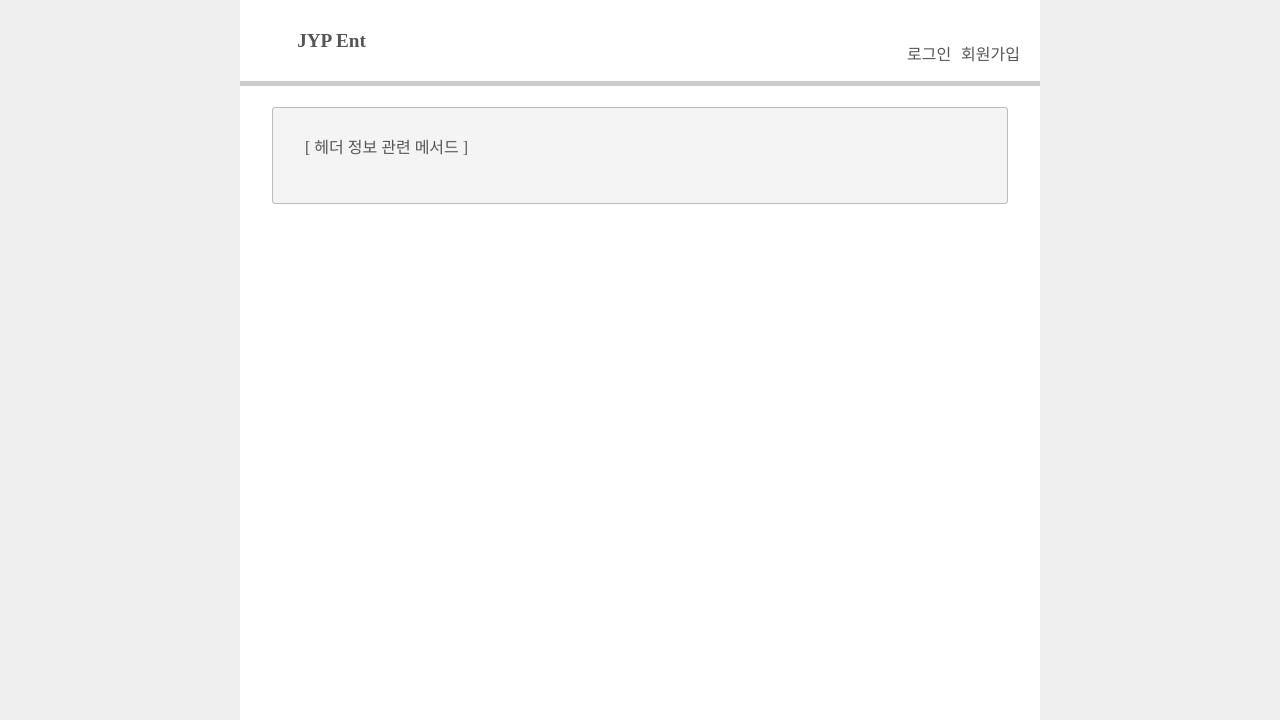
Repository: junyong231/JSP-SSIT
Page: http://localhost/jspPro/days03/ex06.jsp
The author's editor kept a copy of each file at every save. The page is drawn from the files as they stood at one save, then again after the next save.
The browser window is 1280 px wide. The pictures show the whole page.
Some web fonts or font styles are not loaded; a fallback is used. The page is served by Tomcat 9. Other server files are loaded and not shown.

Above is the page before, as saved 2024-10-17 06:07:30.

### jspPro/src/main/webapp/days03/ex06.jsp
<%@ page contentType="text/html; charset=UTF-8" pageEncoding="UTF-8"%>
<!DOCTYPE html>
<html>
<head>
<meta charset="UTF-8">
<title>Insert title here</title>
<link rel="shortcut icon" type="image/x-icon" href="http://localhost/jspPro/images/SiSt.ico">
<script src="https://ajax.googleapis.com/ajax/libs/jquery/3.7.1/jquery.min.js"></script>
<meta name="viewport" content="width=device-width, initial-scale=1.0">
<meta name="google" content="notranslate">
<link rel="stylesheet" href="http://localhost/jspPro/resources/cdn-main/example.css">
<script src="http://localhost/jspPro/resources/cdn-main/example.js"></script>
<style>
 span.material-symbols-outlined{
    vertical-align: text-bottom;
 }
</style>
</head>
<body>
<header>
  <h1 class="main"><a href="#" style="position: absolute;top:30px;">JYP Ent</a></h1>
  <ul>
    <li><a href="#">로그인</a></li>
    <li><a href="#">회원가입</a></li>
  </ul>
</header>
<div>
  <xmp class="code">
    [ 헤더 정보 관련 메서드 ]

  </xmp>
</div>
</body>
</html>

### jspPro/src/main/webapp/resources/cdn-main/example.css
@charset "UTF-8";

@import url('https://fonts.googleapis.com/css2?family=Material+Symbols+Outlined:opsz,wght,FILL,GRAD@20..48,100..700,0..1,-50..200');

@font-face {
    font-family: 'GmarketSansMedium';
    src: url('https://cdn.jsdelivr.net/gh/projectnoonnu/noonfonts_2001@1.1/GmarketSansMedium.woff') format('woff');
    font-weight: normal;
    font-style: normal;
}

:root {
	--text-color: #555;
	--sub-text-color: #777;
	--back-color: #EFEFEF;
	--header-color: #444;
	--primary-color: #DEDEDE;
	--secondary-color: #EFEFEF;
	--default-width: 800px;
	--narrow-width: 500px;
	--wide-width: 1200px;
	--text-font: 'GmarketSansMedium';
	--icon-font: 'Material Symbols Outlined';
	--border-color: #CCC;
}

html, body {
	margin: 0;
	padding: 0;
}

html {
	background-color: var(--back-color);
	display: flex;
	justify-content: center;
	min-height: 100vh;
}

body, body.default {
	width: var(--default-width);
	background-color: white;
	padding-bottom: 120px;
}

body.wide {
	width: var(--wide-width);
}

body.narrow {
	width: var(--narrow-width);
}



body, p, div, span, a, input, select, option, textarea, button, table, th, td, label, fieldset, legend {
	font-family: var(--text-font);
	color: var(--text-color);
}

h1, h2, h3 {
	font-family: var(--text-font);
	color: var(--header-color);
	padding: 0 1rem;
	padding-top: .5rem;
}

div > h1, div > h2, div > h3 {
	padding: 0;
}

body > div, body > main > div {
	padding: 0.3rem 1rem;
}


h1 { font-size: 2rem; border-bottom: 1px solid var(--border-color); }
h1 small { font-size: 1.2rem; color: var(--sub-text-color); }
h2 { font-size: 1.5rem; border-bottom: 1px dashed var(--border-color); }
h2 small { font-size: 1.1rem; color: --sub-text-color; }
h3 { font-size: 1.2rem; }
h3 small { font-size: 1rem; color: --sub-text-color; }



h1.main::before {
	font-family: var(--icon-font);
  	content: '\e666';
  	margin-right: 10px;
  	float: left;
	font-size: 2.5rem;
}

h1.sub::before {
	font-family: var(--icon-font);
  	content: '\ea19';
  	margin-right: 10px;
  	float: left;
	font-size: 2.5rem;
}


h1.page::before {
	font-family: var(--icon-font);
  	content: '\e0e0';
  	margin-right: 10px;
  	float: left;
	font-size: 2.5rem;
}

body > header > ul > li > .active{
	background-color: #FFF;
	color:#F00;
}

body > header {
	display: flex;
	justify-content: space-between;
	border-bottom: 5px solid var(--border-color);
	min-height: 74px;
	background-color: #FFF;
}

body > header.sticky {
	position: sticky;
	top: 0;
	z-index: 98;
}

body > header > h1 {
	font-size: 1.2rem;
	border: 0;
}

body > header.in > h1::before {
	font-family: var(--icon-font);
  	content: '\e332‥';
  	margin-right: 3px;
  	float: left;
	font-size: 2rem;
}


body > header > ul {
	list-style-type: none;
	display: flex;
	align-items: flex-end;
	margin-right: 10px;
}

body > header > ul > li {
	margin-right: 10px;
	cursor: pointer;
}

body > header > ul > li > a {
	cursor: pointer;
}


form {
	display: block;
}

form > div {
	padding: 0.3rem 1rem;
}

div > form > div {
	padding: 0.3rem 0;
}

input, textarea, button, select {
	border: 1px solid #BBB;
	border-radius: 3px;
	outline: none;
	resize: none;
	padding: 7px;
	margin: 0;
}

input[type=text]:read-only, textarea:read-only {
	cursor: not-allowed;
	background-color: #FFF;
}

input[type=text]:disabled, textarea:disabled {
	cursor: not-allowed;
	background-color: #EEE;
}

input[type=text], input[type=password], textarea, button, select {
	/* width: 300px; */
}

textarea {
	display: block;
	height: 100px;
}

input[type=button], input[type=submit], button {
	/* width: inherit; */
}

input.short, textarea.short, button.short, select.short {
	width: 100px;
}

input.long, textarea.long, button.long, select.long {
	width: 350px;
}

.narrow input.long, .narrow textarea.long, .narrow button.long, .narrow select.long {
	width: calc(100% - 20px);
}

input.full, textarea.full, button.full, select.full {
	width: calc(100% - 20px);
}

textarea.short {
	height: 50px;
}

textarea.long {
	height: 100px;
}

textarea.full {
	height: 200px;
}

input, textarea {
	padding-top: 8px;
}

input[type=button], input[type=submit], button {
	padding: 5px 10px;
	background-color: var(--secondary-color);
	cursor: pointer;
	min-height: 36px;
}

input[type=button].primary, input[type=submit].primary, button.primary {
	/* background-color: rgba(100, 149, 237, .2); */
	background-color: var(--primary-color);
}

input[type=button].primary:hover, input[type=submit].primary:hover, button.primary:hover {
	/* background-color: rgba(100, 149, 237, .3); */
	background-color: var(--secondary-color);
}

input[type=button]:hover, input[type=submit]:hover, button:hover {
	background-color: var(--primary-color);
}

button {
	position: relative;
	left: 0;
	top: 0;
	padding-left: 35px;
}

button .material-symbols-outlined {
	position: absolute;
	left: 10px;
	top: 4px;
}

/* k2nik add */
button.login::before {
	font-family: var(--icon-font);
  	content: '\ea77';
	position: absolute;
	left: 11px;
	top: 4px;
	font-size: 1.25rem;
}

/* k2nik logout */
button.logout::before {
	font-family: var(--icon-font);
  	content: '\e9ba';
	position: absolute;
	left: 11px;
	top: 4px;
	font-size: 1.25rem;
}

/* k2nik help */
button.help::before {
	font-family: var(--icon-font);
  	content: '\f1c0';
	position: absolute;
	left: 11px;
	top: 4px;
	font-size: 1.25rem;
}

button.add::before{
	font-family: var(--icon-font);
  	content: '\e746';
	position: absolute;
	left: 11px;
	top: 4px;
	font-size: 1.25rem;
}

button.back::before {
	font-family: var(--icon-font);
  	content: '\e166';
	position: absolute;
	left: 11px;
	top: 4px;
	font-size: 1.25rem;
}

button.list::before {
	font-family: var(--icon-font);
  	content: '\e0ee';
	position: absolute;
	left: 11px;
	top: 4px;
	font-size: 1.25rem;
}


button.del::before {
	font-family: var(--icon-font);
  	content: '\e872';
	position: absolute;
	left: 11px;
	top: 4px;
	font-size: 1.25rem;
}


button.edit::before {
	font-family: var(--icon-font);
  	content: '\e745';
	position: absolute;
	left: 11px;
	top: 4px;
	font-size: 1.25rem;
}


button.login::before {
	font-family: var(--icon-font);
  	content: '\ea77';
	position: absolute;
	left: 11px;
	top: 4px;
	font-size: 1.25rem;
}


button.logout::before {
	font-family: var(--icon-font);
  	content: '\e9ba';
	position: absolute;
	left: 11px;
	top: 4px;
	font-size: 1.25rem;
}


button.in::before {
	font-family: var(--icon-font);
  	content: '\f71a';
	position: absolute;
	left: 11px;
	top: 4px;
	font-size: 1.25rem;
}


button.out::before {
	font-family: var(--icon-font);
  	content: '\f70e';
	position: absolute;
	left: 11px;
	top: 4px;
	font-size: 1.25rem;
}


button.reply::before {
	font-family: var(--icon-font);
  	content: '\e15e';
	position: absolute;
	left: 11px;
	top: 4px;
	font-size: 1.25rem;
}


button.comment::before {
	font-family: var(--icon-font);
  	content: '\e0b9';
	position: absolute;
	left: 11px;
	top: 4px;
	font-size: 1.25rem;
}


button.modal::before {
	font-family: var(--icon-font);
  	content: '\e89e';
	position: absolute;
	left: 11px;
	top: 4px;
	font-size: 1.25rem;
}


button.ok::before {
	font-family: var(--icon-font);
  	content: '\e86c';
	position: absolute;
	left: 11px;
	top: 4px;
	font-size: 1.25rem;
}


button.cancel::before {
	font-family: var(--icon-font);
  	content: '\e5c9';
	position: absolute;
	left: 11px;
	top: 4px;
	font-size: 1.25rem;
}

button.search::before {
	font-family: var(--icon-font);
  	content: '\e8b6';
	position: absolute;
	left: 11px;
	top: 4px;
	font-size: 1.25rem;
}

button.home::before {
	font-family: var(--icon-font);
  	content: '\e88a';
	position: absolute;
	left: 11px;
	top: 4px;
	font-size: 1.25rem;
}


button.sidebar::before {
	font-family: var(--icon-font);
  	content: '\f7e4';
	position: absolute;
	left: 11px;
	top: 4px;
	font-size: 1.25rem;
}


button.sidebar-right::before {
	font-family: var(--icon-font);
  	content: '\f7e5';
	position: absolute;
	left: 11px;
	top: 4px;
	font-size: 1.25rem;
}




button::before {
	font-family: var(--icon-font);
  	content: '\e323';
	position: absolute;
	left: 11px;
	top: 4px;
	font-size: 1.25rem;
}


table {
	border-collapse: collapse;
	margin: 1rem;
	box-sizing: border-box;
	width: calc(100% - 32px);
}

table.content {
	width: auto;
}

div > table {
	margin: 0;
}

table th, table td {
	border: 1px solid var(--border-color);
	padding: 7px;
	font-weight: normal;
}

table th {
	background-color: var(--back-color);
}

table.vertical th {
	width: 150px;
}

table.vertical td {
	width: calc(100% - 182px);
	padding-left: 10px;
}

table.content td, table.content th {
	width: auto;
}

body.narrow table.vertical th {
	width: 100px;
}

body.narrow table.vertical td {
	width: calc(100% - 182px);
}


table + table {
	margin-top: 30px;
}


p {
	padding: 0 1rem;
}

a {
	text-decoration: none;
}

a:hover {
	color: rgba(255, 99, 71, .7);
}

hr {
	border: 0;
	border-top: 1px solid var(--border-color);
	margin: 2rem 0;
}

.message {
	border: 1px solid var(--border-color);
	background-color: #EFEFEF;
	margin: 1rem;
	width: auto;
	padding-top: 10px;
	padding-bottom: 10px;
	font-size: 14px;
}

.message[title]::before {
	content: attr(title);
	display: block;
	border-bottom: 1px solid var(--border-color);
	padding-bottom: 5px;
	margin-bottom: 10px;
	margin-top: 7px;
}

.message.short {
	max-width: 250px;
}

.message.long {
	max-width: 500px;
}

.badge {
	float: right;
	font-size: .8rem;
	margin-top: 2px;
	margin-right: 2px;
	text-shadow: 0 0 7px gray;
}

.badge.left {
	float: none;
	margin-left: 2px;
}

.badge.right {
	float: right;
}

.badge.red {
	border-radius: 50%;
	padding: 2px 5px;
	background-color: rgb(255, 99, 71, .3);
}

.badge.yellow {

	border-radius: 50%;
	padding: 2px 5px;
	background-color: rgb(255, 215, 0, .5);
}

.badge.blue {
	border-radius: 50%;
	padding: 2px 5px;
	background-color: rgb(100, 149, 237, .3);
}

label + label {
	margin-left: 7px;
}

label input[type=checkbox], label input[type=radio] {
	transform: translate(0, 1px);
}

.group {
	display: flex;
}

.modal-content .group {
	margin-bottom: .5rem;
}

.group label {
	border: 1px solid #BBB;
	border-radius: 3px;
	outline: none;
	resize: none;
	padding: 7px 14px;
	margin: 0;
	border-top-right-radius: 0;
	border-bottom-right-radius: 0;
	background-color: #EFEFEF;
	white-space: nowrap;
	font-size: 14px;
}

.group input[type=text] {
	margin-left: -1px;
	border-top-left-radius: 0;
	border-bottom-left-radius: 0;
}

.group select {
	margin-left: -1px;
	border-top-left-radius: 0;
	border-bottom-left-radius: 0;
}

.group input.full[type=text] {
	margin-left: -1px;
	border-top-left-radius: 0;
	border-bottom-left-radius: 0;
	width: 100%;
}

.group input[type=button]:first-child, .group button:first-child {
	border-top-left-radius: 3px;
	border-bottom-left-radius: 3px;
	margin-left: 0px;
}

.group input[type=button], .group button {
	border-radius: 0;
	margin-left: -1px;
}

.group input[type=button]:last-child, .group button:last-child {
	margin-left: -1px;
	border-top-right-radius: 3px;
	border-bottom-right-radius: 3px;
}

.seperate {
	display: flex;
	justify-content: space-between;
}

div.list {
	width: max-content;
	margin: 1rem;
	border: 1px solid #BBB;
	border-radius: 3px;
	padding: 0;
}

div.list.full {
	width: auto;
	display: block;
	margin: 1rem;
	border: 1px solid #BBB;
	border-radius: 3px;
	padding: 0;
}

div.list > div {
	padding: .5rem 1rem;
	margin: 0;
	border-bottom: 1px solid #BBB;
}

div.list > div:last-child {
	border-bottom: 0;
}

pre.code , xmp.code{
	font-family: consols;
	background-color: rgba(150, 150, 150, .1);
	border: 1px solid #BBB;
	border-radius: 3px;
	padding: .5rem 1rem;
	padding-bottom: .6rem;
	margin: 1rem;
}




*[data-modal-window] {
	position: fixed;
	background-color: rgba(0, 0, 0, .3);
	left: 0;
	top: 0;
	display: none;
	justify-content: center;
	align-items: flex-start;
	width: 100%;
	min-height: 100vh;
	z-index: 100;
	opacity: 0;
	transition: 500ms all;
}

*[data-modal-window] .modal-container {
	border-radius: 5px;
	padding: 1rem;
	padding-bottom: .5rem;
	margin-top: -500px;
	opacity: 0;
	width: 500px;
	background-color: #FFF;
	margin-right: 2rem;
	transition: 500ms all;
}

*[data-modal-size=content] .modal-container {
	width: auto;
}

*[data-modal-size=narrow] .modal-container {
	width: 300px;
}

*[data-modal-size=wide] .modal-container {
	width: 760px;
}


*[data-modal-window] .modal-header {
	border-bottom: 1px solid var(--border-color);
	padding: 2px 5px;
}

*[data-modal-window] .modal-content {
	padding: 1rem 5px;
}

*[data-modal-window] .modal-content div:last-child {
	margin-top: 1rem;
	text-align: right;
}



*[data-sidebar-window] {
	position: fixed;
	background-color: #FFF;
	left: 0;
	top: 0;
	display: block;
	width: 300px;
	border-right: 1px solid var(--border-color);
	box-sizing: border-box;
	box-shadow: 0 0 3px var(--back-color);
	min-height: 100vh;
	z-index: 99;
	transform: translate(-300px, 0);
	transition-duration: 500ms;
	transition-property: transform;
}

*[data-sidebar-direction=right] {
	left: auto;
	right: 0;
	transform: translate(300px, 0);
	border-left: 1px solid var(--border-color);
}

*[data-sidebar-size=wide] {
	width: 500px;
	transform: translate(-500px, 0);
}

*[data-sidebar-window] .sidebar-title {
	border-bottom: 1px solid var(--border-color);
	margin-top: 20px;
	margin-bottom: 20px;
	padding-bottom: 5px;
	display: flex;
	justify-content: space-between;
}

*[data-sidebar-window] .sidebar-title span:last-child {
	cursor: pointer;
}


/* K2Nik pagination */
.center {
  text-align: center;
}

.pagination {
  display: inline-block;
}

.pagination a {
  color: black;
  float: left;
  padding: 3px 6px;
  text-decoration: none;
  transition: background-color .3s;
  border: 1px solid #ddd;
  margin: 0 3px;
}

.pagination a.active {
  background-color: #4CAF50;
  color: white;
  border: 1px solid #4CAF50;
}

.pagination a:hover:not(.active) {background-color: #ddd;}

### jspPro/src/main/webapp/resources/cdn-main/example.js

window.onload = () => {

    const list = document.querySelectorAll('input, textarea');

    list.forEach(item => {
        item.setAttribute('autocomplete', 'off');
    });


    const modal_btn_list = document.querySelectorAll('*[data-modal-button]');

    modal_btn_list.forEach(item => {
        item.onclick = function() {

            const name = this.dataset['modalButton'];
            const modal_window = document.querySelector('*[data-modal-window=' + name);

            const container = document.createElement('div');
            container.className = 'modal-container';



            const modal_header = document.createElement('div');
            modal_header.textContent = modal_window.dataset['modalTitle'];
            modal_header.className = 'modal-header';
            container.appendChild(modal_header);

            const modal_content = document.createElement('div');
            modal_content.className = 'modal-content';
            container.appendChild(modal_content);

            Array.from(modal_window.childNodes).forEach(item => {
                modal_content.appendChild(item);
            });

            modal_window.appendChild(container);

            modal_window.style.display = 'flex';

            setTimeout(() => {
                modal_window.style.opacity = 1;
                container.style.marginTop = '20px';
                container.style.opacity = 1;
            }, 50);


            const modal_ok = document.querySelector('*[data-modal-ok=' + name);
            modal_ok.addEventListener('click', function() {
                modal_window.style.opacity = 0;
                container.style.marginTop = '-500px';
                container.style.opacity = 0;

                setTimeout(() => {
                    modal_window.innerHTML = modal_content.innerHTML;
                    modal_window.style.display = 'none';
                }, 500);

            });

            const modal_cancel = document.querySelector('*[data-modal-cancel=' + name);
            modal_cancel.addEventListener('click', function() {

                modal_window.style.opacity = 0;
                container.style.marginTop = '-500px';
                container.style.opacity = 0;

                setTimeout(() => {
                    modal_window.innerHTML = modal_content.innerHTML;
                    modal_window.style.display = 'none';
                }, 500);
            });


        };
    });


    const sidebar_btn_list = document.querySelectorAll('*[data-sidebar-button]');

    sidebar_btn_list.forEach(item => {
        item.onclick = function() {



            const name = this.dataset['sidebarButton'];
            const sidebar_window = document.querySelector('*[data-sidebar-window=' + name);

            if (sidebar_window.style.transform == 'translate(0px, 0px)') return;



            sidebar_window.style.transform = 'translate(0, 0)';

            const sidebar_title = document.createElement('div');
            sidebar_title.className = 'sidebar-title';
            sidebar_title.innerHTML = '<span>' + sidebar_window.dataset['sidebarTitle'] + '</span><span class="material-symbols-outlined">close</span>';

            sidebar_title.children[1].onclick = function() {

                let sign = 1;
                let distance = 300;

                if (sidebar_window.dataset['sidebarDirection'] != 'right') {
                    sign = -1;
                } else {
                    sign = 1;
                }

                if (sidebar_window.dataset['sidebarSize'] != 'wide') {
                    distance = 300;
                } else {
                    distance = 500;
                }

                distance *= sign;

                sidebar_window.style.transform = 'translate(' + distance + 'px, 0)';

                setTimeout(function() {
                    sidebar_window.removeChild(sidebar_window.children[0]);
                }, 500);
            };


            sidebar_window.prepend(sidebar_title);

        }
    });

};

// window.onkeydown = function(event) {

//     if (event.keyCode == 27) {
//         if (document.querySelector('[data-modal-window').style.display == 'flex') {
//             document.querySelector('[data-modal-window').style.display = 'none';
//         }
//     }

// };

After the next save:
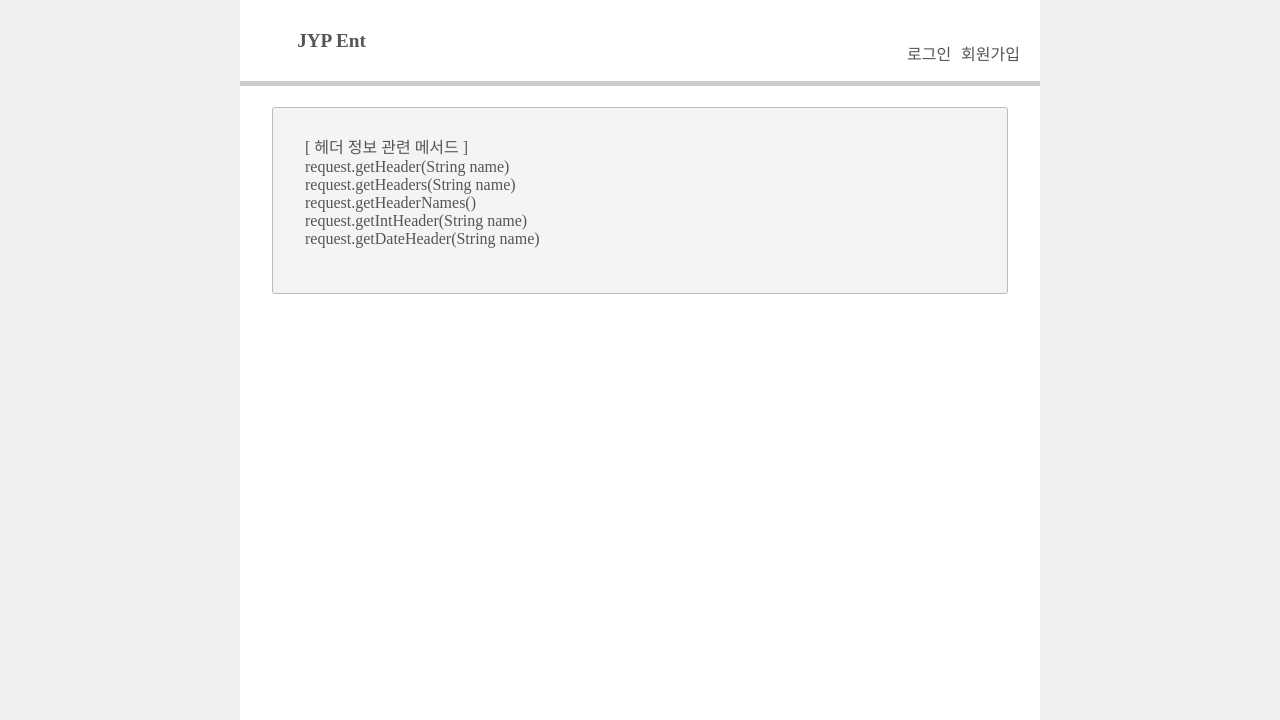
Saved 52 s later.
--- a/jspPro/src/main/webapp/days03/ex06.jsp
+++ b/jspPro/src/main/webapp/days03/ex06.jsp
@@ -27,6 +27,11 @@
 <div>
   <xmp class="code">
     [ 헤더 정보 관련 메서드 ]
+    request.getHeader(String name)
+    request.getHeaders(String name)
+    request.getHeaderNames()
+    request.getIntHeader(String name)
+    request.getDateHeader(String name)
 
   </xmp>
 </div>
